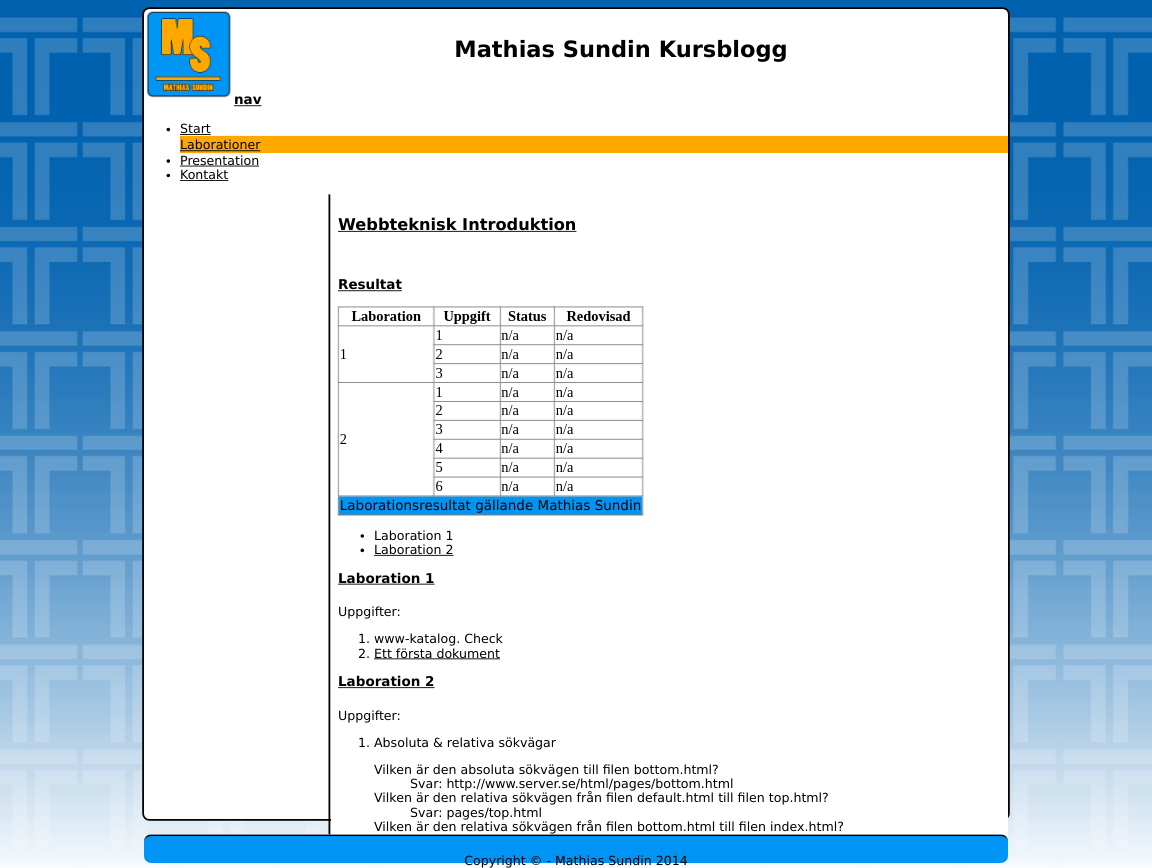
Repository: ms223uh/1ik415-laborationer
Page: www/pages/laborationer.html
The author's editor kept a record of every edit. The page is drawn from the files as they stood at one moment, then again after the next edit.
The browser window is 1280 px wide. The pictures show the whole page, at 90% of full size.
An inner scrolling area shows only its first screen.

Above is the page before.

### www/pages/laborationer.html
<!DOCTYPE html>

<html lang="sv">

    <header>
        <meta charset="UTF-8">
        <meta name="viewport" main="width=device-width, initial-scale=1.0" />

    <link rel="stylesheet icon" href="../pics/logo1.png" type="image/x-icon" />
    <link rel="apple-touch-icon" sizes="152x152" href="../pics/logo1.png" />
    <link rel="stylesheet" href="../css/style.css">
    <link rel="stylesheet" type="text/css" media="only screen and (max-width: 480px)" href="../css/mobile.css" />
    <link rel="stylesheet" href="../css/print.css">

        <title>Mathias Sundin</title>
    </header>
    <body>
    <!--Startsida-->

    <section>


    <header>


            <img src="../pics/logo1.png" width="100" height="100" alt="Logotyp för hemsidan" style="float: left;">

            <h4>Mathias Sundin Kursblogg</h4>




        </header>




<nav>

<header3><h3>nav</h3></header3>
        <ul>
            <li><a class="index" href="../index.html">Start</a></li>
            <li class="active"><a class="laborationer" href="laborationer.html">Laborationer</a></li>
            <li><a class="presentation" href="presentation.html">Presentation</a></li>
            <li><a class="kontakt" href="kontakt.html">Kontakt</a></li>

        </ul>





</nav>

        <div id="main">

    <h2>Webbteknisk Introduktion</h2>
    <br>
       <h3>Resultat</h3>



       <table border="1">
           <theader>
               <tr>
                   <th>Laboration</th>
                   <th>Uppgift</th>
                   <th>Status</th>
                   <th>Redovisad</th>
               </tr>
           </theader>


           <tfoot>
               <tr>
                   <td colspan="4">
                       Laborationsresultat gällande Mathias Sundin
                   </td>

               </tr>

           </tfoot>

           <tbody>
               <tr>
                   <td rowspan="3">1</td>
                   <td>1</td>
                   <td>n/a</td>
                   <td>n/a</td>
               </tr>
               <tr>

                   <td>2</td>
                   <td>n/a</td>
                   <td>n/a</td>
                   </tr>
                   <tr>
                   <td>3</td>
                   <td>n/a</td>
                   <td>n/a</td>
               </tr>
               <tr>
                   <td rowspan="6">2</td>
                   <td>1</td>
                   <td>n/a</td>
                   <td>n/a</td>
                   <tr>
                   <td>2</td>
                   <td>n/a</td>
                   <td>n/a</td>
                   </tr>
                   <tr>
                   <td>3</td>
                   <td>n/a</td>
                   <td>n/a</td>
                   </tr>
                   <tr>
                   <td>4</td>
                   <td>n/a</td>
                   <td>n/a</td>
                   </tr>
                   <tr>
                   <td>5</td>
                   <td>n/a</td>
                   <td>n/a</td>
                   </tr>
                   <tr>
                   <td>6</td>
                   <td>n/a</td>
                   <td>n/a</td>
                   </tr>
               </tr>
           </tbody>



       </table>



        <ul>
        <li>Laboration 1</li>
        <a href="#labb2"><li>Laboration 2</li></a>
        </ul>



        <h3>Laboration 1</h3>
        <p>Uppgifter:</p>
        <ol>
            <li> www-katalog. Check</li>
            <li> <a href="presentation.html">Ett första dokument</a></li>
        </ol>

        <a name="labb2"><h3>Laboration 2</h3></a>
        <p>Uppgifter:</p>
        <ol>
            <li>Absoluta & relativa sökvägar</li>
            <dl>
                <dt>Vilken är den absoluta sökvägen till filen bottom.html?</dt>
                    <dd>Svar: http://www.server.se/html/pages/bottom.html</dd>
                <dt>Vilken är den relativa sökvägen från filen default.html till filen top.html?</dt>
                    <dd>Svar: pages/top.html</dd>
                <dt>Vilken är den relativa sökvägen från filen bottom.html till filen index.html?</dt>
                    <dd>Svar: ../../index.html</dd>
                <dt>Vilken är den absoluta sökvägen till filen index.html?</dt>
                    <dd>Svar: http://www.server.se/index.html</dd>
                <dt>Vilken är den relativa sökvägen från filen top.html till bottom.html?</dt>
                    <dd>Svar: bottom.html</dd>
                <dt>Vilken är den relativa sökvägen från filen index.html till top.html?</dt>
                    <dd>Svar: html/pages/top.html</dd>
            </dl>

            <li>Länkar & listor</li>
            <li><a href="../pics/logo1.png">Bilder</a></li>
            <li><a href="../index.html#svg">SVG-Taggen</a></li>
            <a href="../index.html#video1"><li>Video</li></a>


        </ol>



               </div>

    <br>
    <br>

    <div id="footer">

        <p>Copyright © - Mathias Sundin 2014</p>

    </div>


        </div>


    </body>
</html>

### www/css/style.css

/* Layout */

body
{
    background: url(pics/backgroundimage2.jpeg) no-repeat;
}


section
{
    background-color: #ffffff;
    width: 960px;
    height: 900px;
    margin-right: auto;
    margin-left: auto;
    border: solid 2px #000000;
    border-radius: 8px;

}




#header
{
    width: 958px;
    height: 155px;
    background-color: #FFFFFF;
    border-radius: 8px;
    border-bottom: solid 2px #000000;
    margin-top: 0px;
    background: url(pics/backgroundimage8.jpeg) no-repeat;


}


#header2
{
    width: auto;
    height: 25px;
    background-color: #0095F4;
    border-bottom: solid 2px #000000;
    text-align: center;
    border-radius: 8px;
    margin-top: 0px;
}


#header3
{
    width: auto;
    height: 25px;
    background-color: #0095F4;
    border-bottom: solid 2px #000000;
    text-align: center;
    border-radius: 8px;
    margin-top: -15px;
}




#main
{
    height: 695px;
    background-color: #ffffff;
    margin-left: 205px;
    margin-top: 0px;
    padding: 8px;
    overflow: auto;
    border-left: solid 2px #000000;
}




#nav
{
    /*background-image: url('pics/sprite.png') no-repeat;*/
    width: 190px;
    height: 182px;
    background-color: #FFFFFF;
    border: solid 2px #000000;
    float: left;
    margin-top: 7px;
    margin-left: 6px;
    border-radius: 8px;

}


#navli a:link { text-decoration: none; color: #000000; font-family: verdana; font-size: 16px;}
#navli a:visited { text-decoration: none; color: #000000; font-family: verdana; font-size: 16px; }
#navli a:active { text-decoration: none; color: #000000; font-family: verdana; font-size: 16px; }
#navli li a:hover { text-decoration: none; color: #CCCCCC; font-family: verdana; font-size: 16px; background: #0095F4; }


#navli li
{
    list-style: none;
    margin: 8px;
}

#nav a
{
    background-image: url('pics/sprite.png');
    background-repeat:no-repeat;
    padding-left: 28px;
    padding-bottom: 5px;
}




#footer
{
    background-color: #0095F4;
    width: auto;
    height: 30px;
    border-radius: 8px;
    border-top: solid 2px #000000;
    text-align: center;
    vertical-align: middle;
    margin-top: -36px;

}


#footer2
{
    width: auto;
    height: 25px;
    background-color: #0095F4;
    border-top: solid 2px #000000;
    text-align: center;
    border-radius: 8px;
}


#footer3
{
    width: auto;
    height: 25px;
    background-color: #0095F4;
    border-top: solid 2px #000000;
    text-align: center;
    border-radius: 8px;
    margin-top: -157px;
}


#quotes
{
    wid
    font-family: verdana;
    font-size: 12px;
    color: #333
    border: solid 1px #000;
    display: block;
    font-style: italic;



}



/* Typografi */


p
{
    font-family: Verdana; font-size: 14px; color: #000000;
    white-space: pre-line;
    padding-top: 5px;
}

h2
{
    font-family: Verdana; font-size: 18px; color: #000000; text-decoration: bold; text-decoration: underline;
}

h3
{
   font-family: Verdana; font-size: 15px; color: #000000; text-decoration: bold; text-decoration: underline;
}


h4
{
   font-family: Verdana; font-size: 25px; color: #000000; text-decoration: bold;
   text-align: center;
   margin-top: 0;
   padding-top: 30px;
}




h5
{
   font-family: Verdana; font-size: 15px; color: #5D5F60; text-decoration: bold;


}


ol
{
    font-family: Verdana; font-size: 14px; color: #000000;

}

ul
{
font-family: Verdana; font-size: 14px; color: #000000;

}

a:link { text-decoration: underline; color: #000000; font-family: verdana; font-size: 14px;}
a:visited { text-decoration: none; color: #000000; font-family: verdana; font-size: 14px; }
a:active { text-decoration: none; color: #000000; font-family: verdana; font-size: 14px; }
a:hover { text-decoration: none; color: #CCCCCC; font-family: verdana; font-size: 14px; }





thead
{
    background-color: #0095F4;
     color: #000000; font-family: verdana; font-size: 15px;
}

tfoot
{
    background-color: #0095F4;
     color: #000000; font-family: verdana; font-size: 15px;
}

table {
  border-collapse: collapse;

}


.active
{
    text-decoration: none; color: #FFFFFF; font-family: verdana; font-size: 16px; background: #FFA800
}

.right
{
    float: right;

}


.left
{
    float: left;

}


/* Sprites */

#nav li a.index
{
    background-position: 0 -49px;


}

#nav li a:hover.index
{
    background: url('pics/sprite.png') no-repeat 0 -1px;
	width: 24px;
	height: 22px

}


#nav li a.laborationer
{
    background: url('pics/sprite.png') no-repeat 0 -145px;
	width: 24px;
	height: 22px;

}

#nav li a:hover.laborationer
{
    background: url('pics/sprite.png') no-repeat 0 -97px;
	width: 24px;
	height: 22px;

}


#nav li a.presentation
{
    background: url(pics/sprite.png) no-repeat -1px -240px;
	width: 22px;
	height: 24px;
    text-indent: 20px;
}

#nav li a:hover.presentation
{
    background: url('pics/sprite.png') no-repeat -1px -192px;
	width: 22px;
	height: 24px;

}


#nav li a.kontakt
{
    background: url('pics/sprite.png') no-repeat 0 -336px;
	width: 24px;
	height: 24px;

}

#nav li a:hover.kontakt
{
    background: url('pics/sprite.png') no-repeat 0 -288px;
	width: 24px;
	height: 24px;

}


/* Kontaktformulär */

fieldset {
  padding: 5px;
  font-family: verdana;
  font-size: 14px;
  width: 450px;
  border: solid 1px #000000;
  }

label {
  float: left;
  width: 70px;
  margin-right: 15px;
  font-weight: bold;
  font-family: verdana;
  font-size: 14px;
  color: #000000;
  text-align: right;

  }

  textarea
  {
      width: 300px;
      height: 110px;
      resize: none;
      font-family: verdana;
      font-size: 12px;
      color: #000000;
  }

  input:invalid {
  background: #ffffff;
}

input:valid {
  background: #ffffff;
}

### www/css/print.css
@media print {


body {
    background:white; color:black;
}


#head, #head2, #head3, #meny, #footer, #footer2, #footer3
{
    display: none;
}


#wrapper, #content
{
   border: none;
   overflow: visible;
   margin: 0 auto;

}


a:link:after, a:visited:after
{
    content:" [" attr(href) "] ";

}


video
{
    display: none;
}


}

### www/css/mobile.css
@media screen and (max-width:480px){


body
{
  width: 100%;
  background: none;
    padding: 0;
    margin: 0;
}

#wrapper
{
 width: 100%;
 border: none;
 padding: 0;
 margin: 0;
}

#head
{
 width: 100%;
 border: solid 2px #000000;
 padding: 0;
 margin: 0;
 border: none;

}


#head3
{
 border: none;
 width: 100%;
 padding: 0;
    margin: 0;
}



#content
{
  width: 100%;
  border: none;
  margin-left: 0;
  height: auto;
  padding: 0;
  margin: 0;
}


#footer
{
 width: 100%;
 border: none;

}


#meny
{
width: 100%;
border: none;
padding: 0;
margin: 0;
}






.leftt{
 width:200px;
}

}


fieldset {
  padding: 0;
  font-family: verdana;
  font-size: 14px;
  width: auto;
  border: none;
  }

label {
  float: left;
  width: 70px;
  margin-right: 0;
  font-weight: bold;
  font-family: verdana;
  font-size: 14px;
  color: #000000;
  text-align: right;
  border: none;
  }

After the next edit:
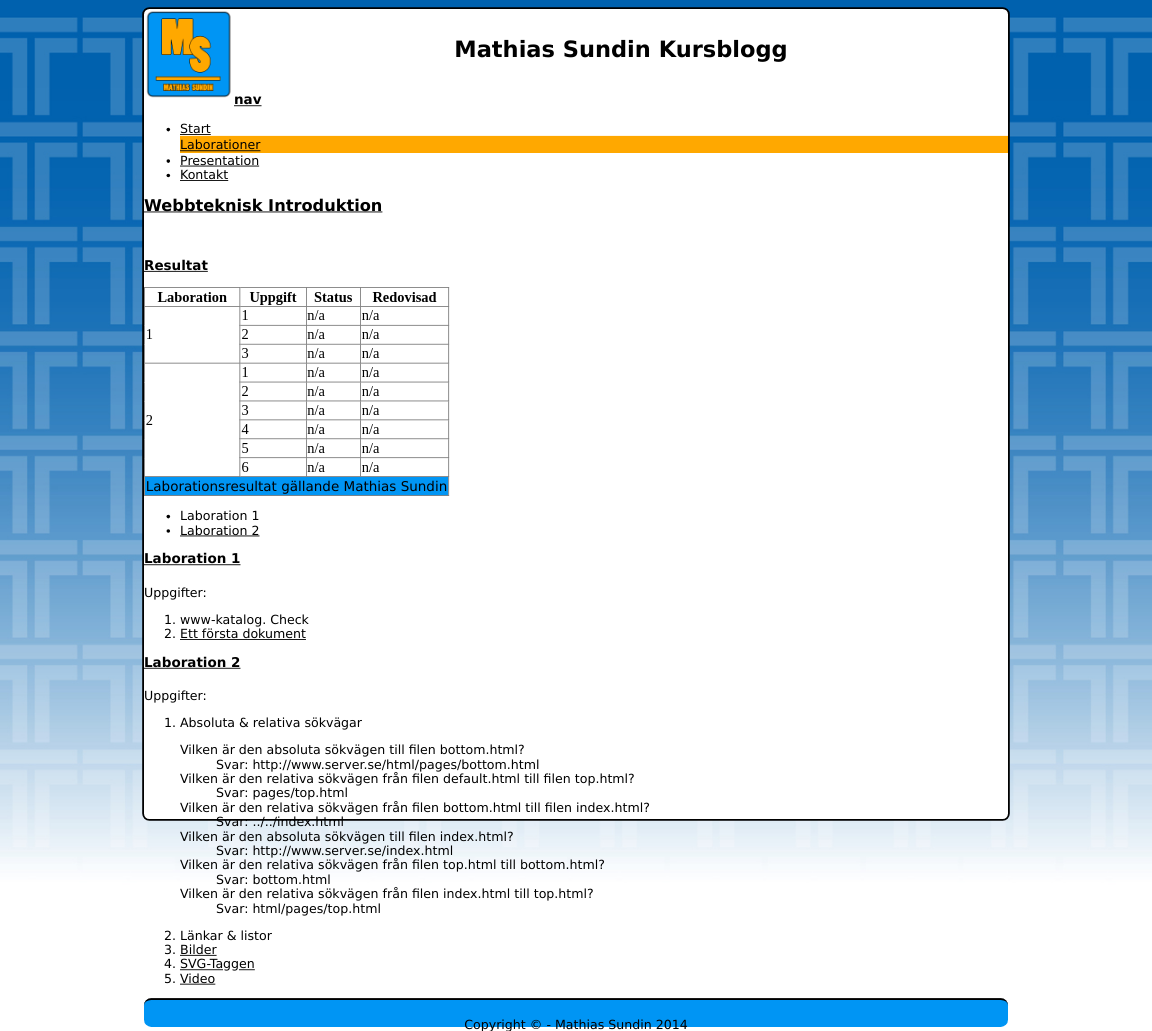
The edit:
--- a/www/pages/laborationer.html
+++ b/www/pages/laborationer.html
@@ -52,7 +52,7 @@
 
 </nav>
 
-        <div id="main">
+        <main>
 
     <h2>Webbteknisk Introduktion</h2>
     <br>
